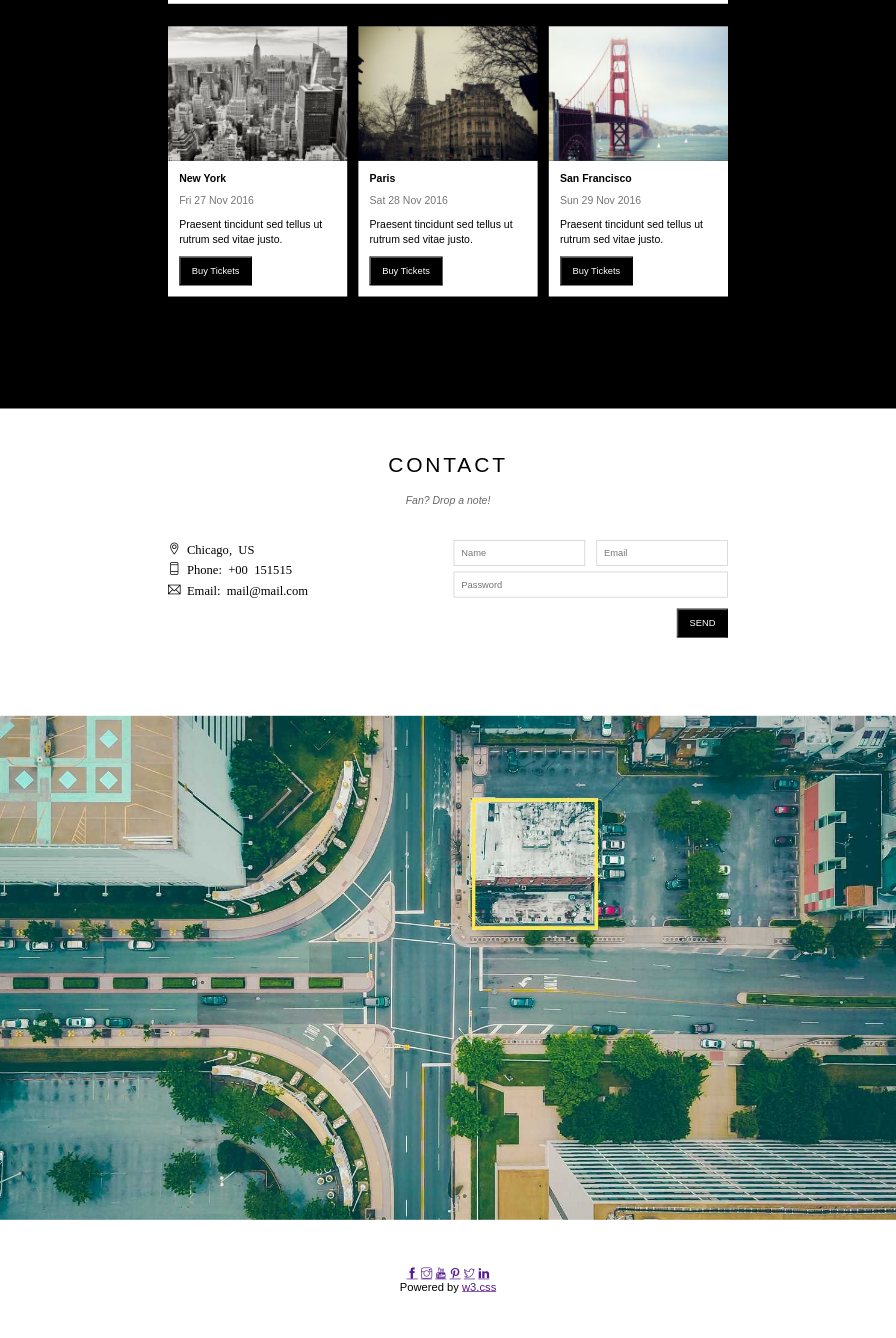
Repository: duyhung0311/band_music
Page: index.html
These files come from the project's save history. The page is drawn as it stood at one moment and after the next save; the edit follows.
The browser window is 1280 px wide. The pictures show the part of the page from y = 1622 to 3542 px (the page is 3533 px tall before and 3542 px after), at 70% of full size.

Above is the page before, as saved 2021-08-15 13:49:50.

### index.html
<!DOCTYPE html>
<html lang="en">
  <head>
    <meta charset="UTF-8" />
    <meta http-equiv="X-UA-Compatible" content="IE=edge" />
    <meta name="viewport" content="width=device-width, initial-scale=1.0" />
    <title>Document</title>
    <link rel="stylesheet" href="assets/css/style.css" />
    <link
      rel="stylesheet"
      href="./assets/fonts/themify-icons/themify-icons.css"
    />
  </head>
  <body>
    <div id="main">
      <div id="header">
        <!--#ul>li*5>a  -->
        <!-- Begin : Nav -->
        <ul id="nav">
          <li><a href="">Home</a></li>
          <li><a href="">Tour</a></li>
          <li><a href="">Band</a></li>
          <li><a href="">Contact</a></li>
          <li>
            <a href="">
              More
              <i class="nav-arrow-down ti-angle-dow"></i>
            </a>
            <ul class="subnav">
              <li><a href="">Merchandise</a></li>
              <li><a href="">Extras</a></li>
              <li><a href="">Media</a></li>
            </ul>
          </li>
        </ul>
        <!-- End : Nav -->

        <!-- Begin :Search button -->
        <div class="search-btn">
          <i class="search-icon ti-search"></i>
        </div>
        <!-- End :Search button -->
      </div>

      <div id="slider">
        <div class="text-content">
          <h2 class="text-heading">New York</h2>
          <div class="text-description">
            The atmosphere in New York is lorem ipsum.
          </div>
        </div>
      </div>

      <div id="content">
        <!-- Begin:about section -->
        <div class="content-section">
          <h2 class="section-heading">THE BAND</h2>
          <p class="section-sub-heading">We love music</p>
          <p class="about-content">
            We have created a fictional band website. Lorem ipsum dolor sit
            amet, consectetur adipiscing elit, sed do eiusmod tempor incididunt
            ut labore et dolore magna aliqua. Ut enim ad minim veniam, quis
            nostrud exercitation ullamco laboris nisi ut aliquip ex ea commodo
            consequat. Duis aute irure dolor in reprehenderit in voluptate velit
            esse cillum dolore eu fugiat nulla pariatur. Excepteur sint occaecat
            cupidatat non proident, sunt in culpa qui officia deserunt mollit
            anim id est laborum consectetur adipiscing elit, sed do eiusmod
            tempor incididunt ut labore et dolore magna aliqua. Ut enim ad minim
            veniam, quis nostrud exercitation ullamco laboris nisi ut aliquip ex
            ea commodo consequat.
          </p>

          <div class="row members-list">
            <div class="col col-third text-center">
              <p class="member-name">Name</p>
              <img
                src="./assets/img/ban/member1.jpg"
                alt=""
                class="member-avatar"
              />
            </div>

            <div class="col col-third text-center">
              <p class="member-name">Name</p>
              <img
                src="./assets/img/ban/member1.jpg"
                alt=""
                class="member-avatar"
              />
            </div>

            <div class="col col-third text-center">
              <p class="member-name">Name</p>
              <img
                src="./assets/img/ban/member1.jpg"
                alt=""
                class="member-avatar"
              />
            </div>

            <div class="clear"></div>
          </div>
        </div>
        <!-- End: about sections -->
        <!-- Tour section -->
        <div class="tour-section">
          <div class="content-section">
            <h2 class="section-heading text-white">TOUR DATES</h2>
            <p class="section-sub-heading text-white">
              Remember to book your tickets!
            </p>

            <!-- Ticket list -->
            <ul class="ticket-list">
              <li>September <span class="sold-out">Sold out</span></li>
              <li>October <span class="sold-out">Sold out</span></li>
              <li>November <span class="quantity">3</span></li>
            </ul>

            <!-- Place list -->
            <div class="row places-list">
              <div class="col col-third">
                <img
                  src="./assets//img/place/place1.jpg"
                  alt="New York"
                  class="place-img"
                />
                <div class="place-body">
                  <h3 class="place-heading">New York</h3>
                  <p class="place-time">Fri 27 Nov 2016</p>
                  <p class="place-description">
                    Praesent tincidunt sed tellus ut rutrum sed vitae justo.
                  </p>
                  <button class="btn js-buy-ticket">Buy Tickets</button>
                </div>
              </div>

              <div class="col col-third">
                <img
                  src="./assets//img/place/place2.jpg"
                  alt="Paris"
                  class="place-img"
                />
                <div class="place-body">
                  <h3 class="place-heading">Paris</h3>
                  <p class="place-time">Sat 28 Nov 2016</p>
                  <p class="place-description">
                    Praesent tincidunt sed tellus ut rutrum sed vitae justo.
                  </p>
                  <button class="btn js-buy-ticket">Buy Tickets</button>
                </div>
              </div>
              <div class="col col-third">
                <img
                  src="./assets//img/place/place3.jpg"
                  alt="San Francisco"
                  class="place-img"
                />
                <div class="place-body">
                  <h3 class="place-heading">San Francisco</h3>
                  <p class="place-time">Sun 29 Nov 2016</p>
                  <p class="place-description">
                    Praesent tincidunt sed tellus ut rutrum sed vitae justo.
                  </p>
                  <button class="btn js-buy-ticket">Buy Tickets</button>
                </div>
              </div>
              <div class="clear"></div>
            </div>
          </div>
        </div>

        <!-- Begin :Tour section -->
        <div class="content-section">
          <h2 class="section-heading">CONTACT</h2>
          <p class="section-sub-heading">Fan? Drop a note!</p>
          <div class="row contact-content">
            <div class="col col-half contact-info">
              <p><i class="ti-location-pin"> Chicago, US </i></p>
              <p><i class="ti-mobile"> Phone: +00 151515 </i></p>
              <p><i class="ti-email"> Email: mail@mail.com </i></p>
            </div>
            <div class="col col-half contact-form">
              <form action="">
                <div class="row">
                  <div class="col col-half">
                    <input
                      type="text"
                      name=""
                      required
                      id=""
                      placeholder="Name"
                      class="form-control"
                    />
                  </div>
                  <div class="col col-half">
                    <input
                      type="email"
                      name=""
                      required
                      id=""
                      placeholder="Email"
                      class="form-control"
                    />
                  </div>
                </div>
                <div class="row mt-8">
                  <div class="col col-full">
                    <input
                      type="password"
                      name=""
                      required
                      id=""
                      placeholder="Password"
                      class="form-control"
                    />
                  </div>
                </div>
                <input
                  type="submit"
                  value="SEND"
                  class="btn pull-right mt-16"
                />
              </form>
            </div>
          </div>
        </div>
        <!-- End :Tour section -->
        <!-- Begin: Map section -->
        <div class="map-section">
          <img src="./assets/img/map/map.jpg" alt="Map">
        </div>
        <!-- End: Map section -->
      </div>

      <div id="footer">
        <div class="social-list">
          <a href=""><i class="ti-facebook"></i></a>
          <a href=""><i class="ti-instagram"></i></a>
          <a href=""><i class="ti-youtube"></i></a>
          <a href=""><i class="ti-pinterest"></i></a>
          <a href=""><i class="ti-twitter"></i></a>
          <a href=""><i class="ti-linkedin"></i></a>
        </div>
        <p class="copy-right">
          Powered by
          <a href="">w3.css</a>
        </p>
      </div>
    </div>
    <div class="modal js-modal">
      <div class="modal-container js-modal-container">
        <div class="modal-close js-modal-close">
          <i class="ti-close"></i>
        </div>
        <header class="modal-header">
          <i class="modal-heading-icon ti-bag"></i>
          Tickets
        </header>
        <div class="modal-body">
          <label for="ticket-quantity" class="modal-label">
            <i class="ti-shopping-cart"></i>
            Tickets, $15 per person
          </label>
          <input
            id="quantity"
            type="text"
            placeholder="How many?"
            class="modal-input"
          />

          <label for="email" class="modal-label">
            <i class="ti-user"></i>
            Send To
          </label>
          <input
            id="email"
            type="text"
            placeholder="Email"
            class="modal-input"
          />
          <button id="buy-tickets">Pay <i class="ti-check"></i></button>
        </div>
        <footer class="modal-footer">
          <p class="modal-help">Need <a href="">help?</a></p>
        </footer>
      </div>
    </div>
    <script>
      const buyBtns = document.querySelectorAll(".js-buy-ticket");
      const modal = document.querySelector(".modal");
      const modalClose = document.querySelector(".js-modal-close");
      const modalContainer = document.querySelector(".js-modal-container");
      // Hàm hiển thị modal
      function showBuyTickets() {
        modal.classList.add("open");
      }
      // Hàm ẩn đi modal mua vé
      function showCloseTickets() {
        modal.classList.remove("open");
      }
      for (const buyBtn of buyBtns) {
        buyBtn.addEventListener("click", showBuyTickets);
      }
      modalClose.addEventListener("click", showCloseTickets);
      modal.addEventListener("click", showCloseTickets);
      modalContainer.addEventListener("click", function (event) {
        event.stopPropagation();
      });
    </script>
  </body>
</html>

### assets/css/style.css
/*Reset CSS*/
* {
  padding: 0;
  margin: 0;
  box-sizing: border-box;
}
html {
  font-family: Arial, Helvetica, sans-serif;
}
/*
    1. Từ ngoài vào trong
    2. Từ trên xuống dưới
    3. Từ tổng quan đến chi tiết
*/
/*
    1. Vị trí
    2. Kích thước (width height)
    3. Màu sắc
    4. Kiểu dáng (kiểu chữ, hình tròn, vuông, ....)
*/
.clear{
    clear: both;
}
.text-center {
    text-align: center !important;
}
.text-white {
    color: #fff !important;
}
.mt-8 {
    margin-top: 8px !important;
}
.mt-16 {
    margin-top: 16px !important;
}
.btn{
    color: #fff;
    background :#000;
    text-decoration: none;
    padding:11px 16px;
    display: inline-block;
    margin-top: 15px;
}
.pull-right {
    float: right !important;
}
 .btn:hover{
     cursor: pointer;
    color: #000;
    background: #ccc;
}
#main {
}
#header {
  position: fixed;
  top: 0;
  left: 0;
  right: 0;
  z-index: 1;
  height: 46px;
  background-color: #000;
}

#nav {
  display: inline-block;
}

/* cách bỏ dấu chấm đầu dòng của thằng ul */
#nav,
.subnav {
  list-style-type: none;
}

#nav > li {
  display: inline-block;
}
#nav li {
  /* inline là trên 1 hàng block giữ lại kích thước khối */
  position: relative;
}

#nav > li > a {
  color: #fff;
  text-transform: uppercase;
}

#nav li a {
  text-decoration: none;
  line-height: 46px;
  padding: 0 24px;
  display: block;
  /* inline k tính chiều cao và chiều rộng được */
}

#nav li:hover .subnav {
  display: block;
}

#nav > li:hover > a,
#nav .subnav li:hover a {
  color: #000;
  background-color: #ccc;
}

#nav .subnav {
  display: none;
  min-width: 160px;
  position: absolute;
  top: 100%;
  /* top = 100% là nó lấy chính chiều cao
    100% của chính nó */
  left: 0;
  background-color: #fff;
  box-shadow: 0 0 10px rgba(0, 0, 0, 0.3);
}

#nav .subnav a {
  color: #000;
  padding: 0 12px;
  line-height: 38px;
}

#nav .nav-arrow-down {
  font-size: 14px;
}

#header .search-btn {
  float: right;
  padding: 0 21px;
  cursor: pointer;
}

#header .search-btn:hover {
  background-color: #f44336;
}

#header .search-icon {
  color: #fff;
  font-size: 20px;
  line-height: 46px;
}

#slider {
    position: relative;
    margin-top: 46px;
    padding-top: 50%;
    background:url('./../img/slider/slider1.jpg') top center / cover no-repeat;
}
#slider .text-content   {
    position: absolute;
    bottom: 46px;
    left: 50%;
    color: #fff;
    transform: translateX(-50%);
    text-align: center;
}

#slider .text-heading   {
    font-weight: 500;
    font-size: 24px;
}

#slider .text-description   {
    font-size: 15px;
    margin-top: 25px;
}

#content {

}

#content .content-section{
    width: 800px;
    margin: 0 auto;
    padding: 64px 0 112px;
}

#content .section-heading {
    font-size: 30px;
    font-weight: 500;
    letter-spacing: 4px;
}

#content .section-sub-heading,
#content .about-content {
    margin-top: 25px;
    font-size: 15px;
}

#content .section-heading,
#content .section-sub-heading {
    text-align: center;
}

#content .section-sub-heading {
    font-style: italic;
    opacity: 0.6;
}

#content .about-content {
    text-align: justify;
    line-height: 1.4;
}

#content .members-list {
    margin-top: 48px;
    /* overflow: hidden; */
}

#content .member-item {
    text-align: center;
}

#content .member-name {
    font-size: 15px;
}

#content .member-avatar {
    width: 154px;
    margin-top:15px;
    border-radius: 4px;
}
/* Tour section */
.tour-section {
    background: #000;
}

.ticket-list li {
    color: #757575;
    font-size: 15px;
    padding: 11px 16px;
    border-bottom: 1px solid #bbb;
    list-style-type: none;
}

.ticket-list {
    background:#fff;
    margin-top: 40px;
}


.ticket-list .sold-out {
    color: #fff;
    background: #f44336;
    padding: 3px 4px;
    margin-left: 16px;
}

.ticket-list .quantity {
    float: right;
    margin-top: -3px;
    width: 24px;
    height: 24px;
    background:#000;
    color: #fff;
    border-radius: 50%;
    text-align: center;
    line-height: 24px;
}
.places-list{
    margin-top: 32px;
    /* margin-bottom: 48px; */
    padding-bottom: 48px;
}

/* .places-list .place-item{ */
    /* float: left;
    padding: 0 8px; */
    /* width: calc(100%/3); */
/* } */
.places-list .place-img{
    width: 100%;
    display: block;
}
.places-list .place-img:hover{
    opacity: 0.6;
}
.places-list .place-body{
    padding: 16px;
    background-color: #fff;
    font-size: 15px;
}
.place-body .place-heading{
    font-size: 15px;
    font-weight:600;
}
.place-body .place-time{
    margin-top: 15px;
    color: #757575;
}
.place-body .place-description{
    margin-top: 15px;
    line-height: 1.4;
}
/* Footer section */
#footer {
    padding: 64px 16px;
    text-align: center;
}
.modal{
    position: fixed;
    top: 0;
    bottom: 0;
    left: 0;
    right: 0;
    background: rgba(0,0,0,0.3);
    display: none;
    align-items: center;
    justify-content: center;
}
.modal.open {
    display: flex;
}
.modal .modal-container {
    background: #fff;
    width: 900px;
    min-height: 200px;
    max-width: calc(100% - 32px);
    animation: modalFadeIn ease-in .5s;
}
.modal .modal-header{
    background: #009688;
    height: 130px;
    display: flex;
    align-items: center;
    justify-content: center;
    font-size: 30px;
    color: #fff;
}
.modal-header .modal-heading-icon {
    margin-right: 16px;
}
.modal .modal-container {
    position: relative;
}
.modal-container .modal-close {
    position: absolute;
    top: 0;
    right: 0;
    padding: 12px;
    cursor: pointer;
    opacity: 0.9;
}
.modal-container .modal-close:hover {
    opacity: 1;
}
.modal-container .modal-body {
    padding: 16px;
}
.modal-body .modal-label {
    display: block;
    font-size: 15px;
    margin-bottom: 12px;
}
.modal-body .modal-input {
    border:1px solid #ccc;
    width: 100%;
    padding: 10px;
    font-size: 15px;
    margin-bottom: 24px;
}
.modal-body #buy-tickets{
      background: #009688;
      border: none;
      color:#fff;
      width: 100%;
      text-transform: uppercase;
      padding:18px;
      cursor: pointer;
}
.modal-body #buy-tickets:hover {
    opacity: 0.9;
}
.modal-footer{
    padding: 16px;
    text-align: right;
}
.modal-footer a {
    color: #2196f3;
}
.row {
    margin-left: -8px;
    margin-right: -8px;
}
.row::after {
    content :"";
    display: block;
    clear: both;
}
.col {
    padding-left: 8px;
    padding-right: 8px;
    float: left;
}
.col-third {
    width:calc(100% / 3)
}
.col-half {
    width:50%;
}
.col-full {
    width:100%;
}
.contact-content{
    margin-top: 48px;
}
.contact-info {
    font-size: 18px;
    line-height: 1.6;
}
.contact-info i[class*="ti-"]  {
    width: 30px;
}
.contact-form{
    font-size: 15px;
}
.contact-form .form-control {
    padding : 10px;
    border: 1px solid #ccc;
    width: 100%;
}
/* .contact-form .form-submit-btn {
    background: #000;
    color: #fff;
    border: 1px solid #000;
    padding: 10px 16px;
    float: right;
} */
.map-section img {
    width: 100%;
}
@keyframes modalFadeIn {
    from {
        transform: translateY(-140px);
        opacity: 0;
    }
    to {
        transform: translateY(0);
        opacity: 1;
    }
}

Loaded but not shown: assets/fonts/themify-icons/themify-icons.css (common file)

After the next save:
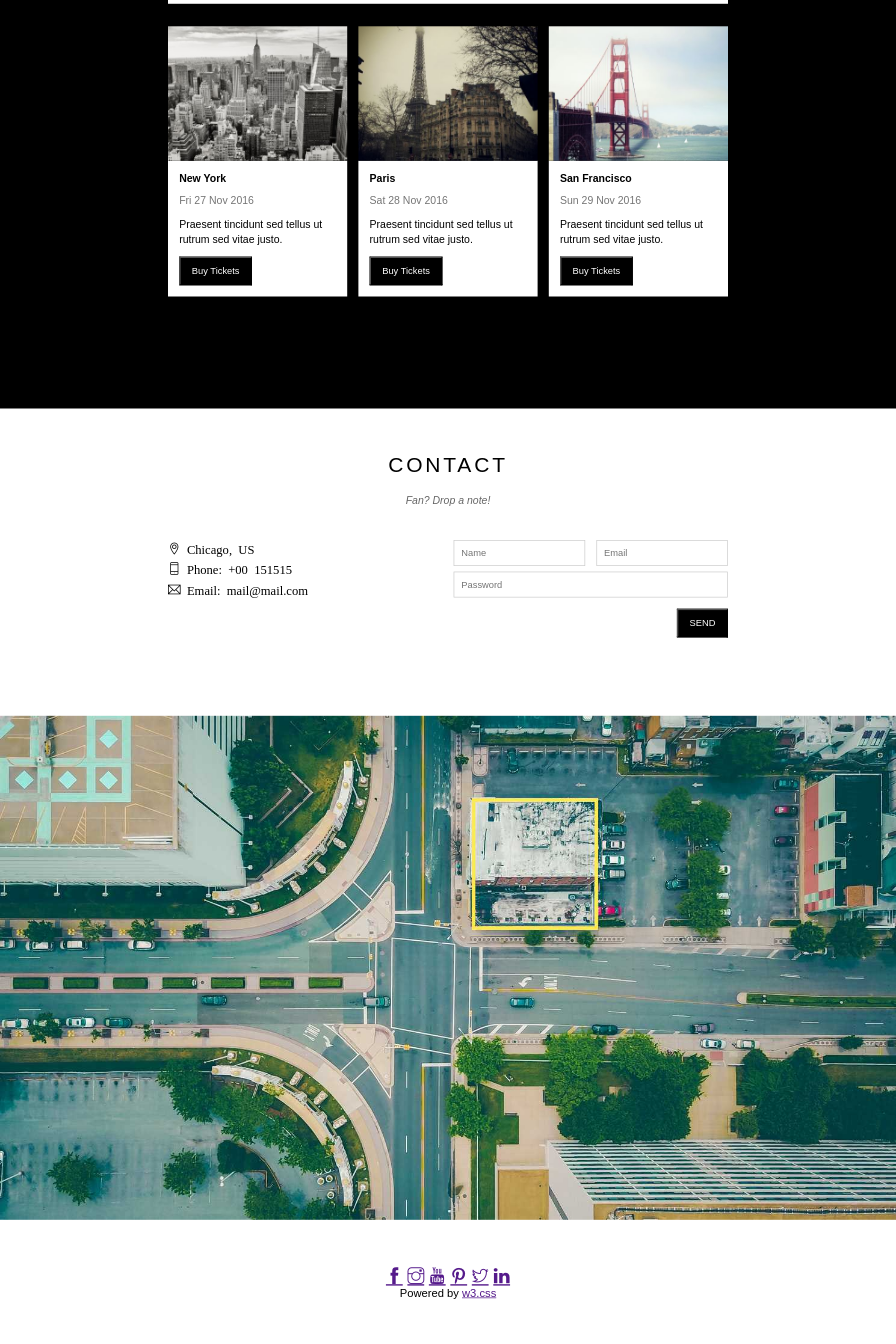
Saved 47 s later.
--- a/assets/css/style.css
+++ b/assets/css/style.css
@@ -297,6 +297,9 @@
     padding: 64px 16px;
     text-align: center;
 }
+#footer .social-list {
+    font-size: 24px;
+}
 .modal{
     position: fixed;
     top: 0;
